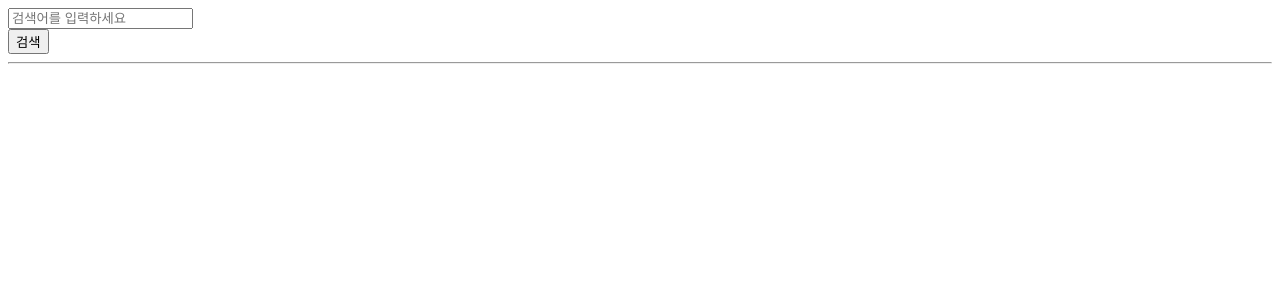
Repository: ceooyh/JSP
Page: http://localhost/step1/input.jsp
These files come from the project's save history. The page is drawn as it stood at one moment and after the next save; the edit follows.
The browser window is 1280 px wide. The pictures show the whole page.
The page is served by Tomcat 9.

Above is the page before, as saved 2020-12-28 08:04:23.

### step1/WebContent/input.jsp
<%@ page language="java" contentType="text/html; charset=UTF-8"
    pageEncoding="UTF-8"%>
<!DOCTYPE html>
<html>
<head>
<meta charset="UTF-8">
<title>Insert title here</title>
</head>
<body>
	<!-- text box, submit button -->
	<!-- action : 전송을 할 서버 페이지를 지정하는 속성 -->
	<form action="jsp_search.jsp" method="get">
		<input type="text" name="search" placeholder="검색어를 입력하세요"><br>
		<button type="submit">검색</button>
	</form>
	<hr>

	<form action="gugu.jsp" method="get"></form>

</body>
</html>

After the next save:
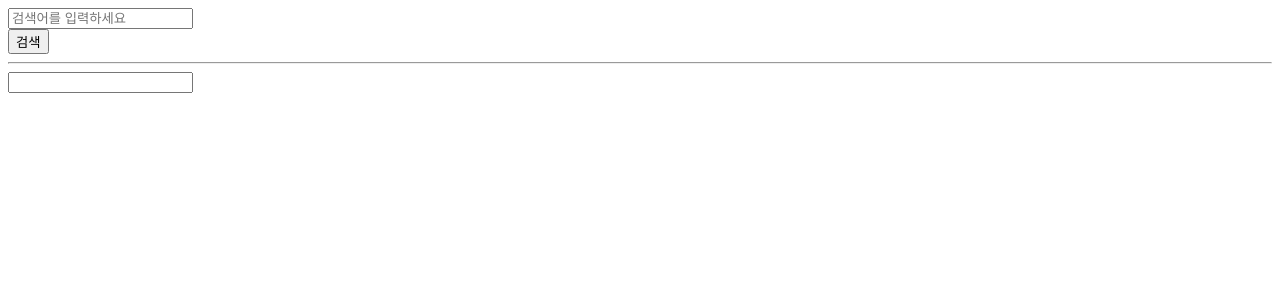
Saved 8 s later.
--- a/step1/WebContent/input.jsp
+++ b/step1/WebContent/input.jsp
@@ -15,7 +15,9 @@
 	</form>
 	<hr>
 
-	<form action="gugu.jsp" method="get"></form>
+	<form action="gugu.jsp" method="get">
+		<input type="text">
+	</form>
 
 </body>
 </html>
